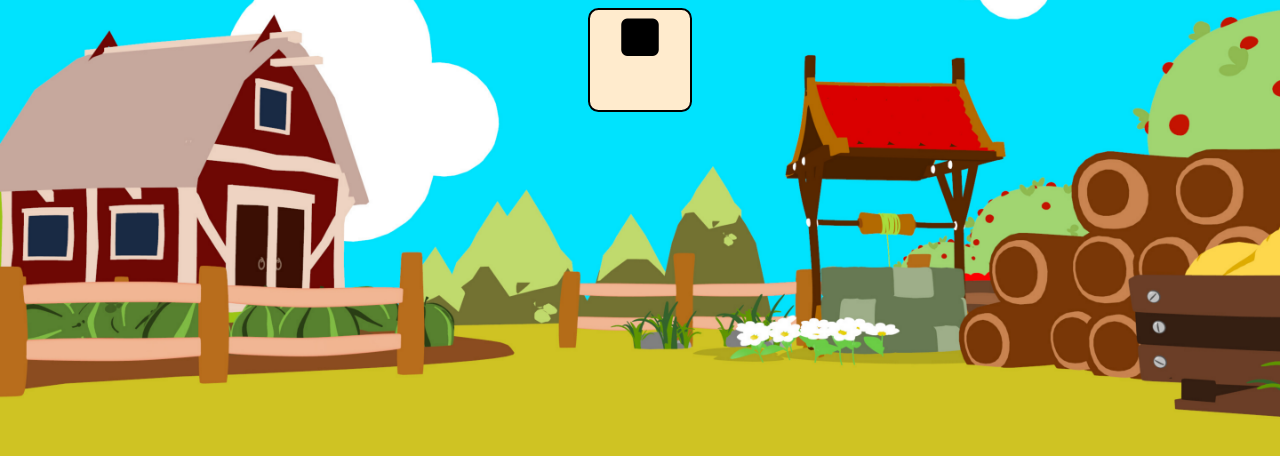
Repository: rumor1993/DreamCoding-Browser101
Page: Chapter07/index.html
An editor plug-in stored every save of this project. The page is shown before and after the next save, followed by the edit.
The browser window is 1280 px wide. The pictures show the whole page.
Some web libraries are served in a nearby version.

Above is the page before, as saved 2021-01-01 13:37:54.

After the next save:
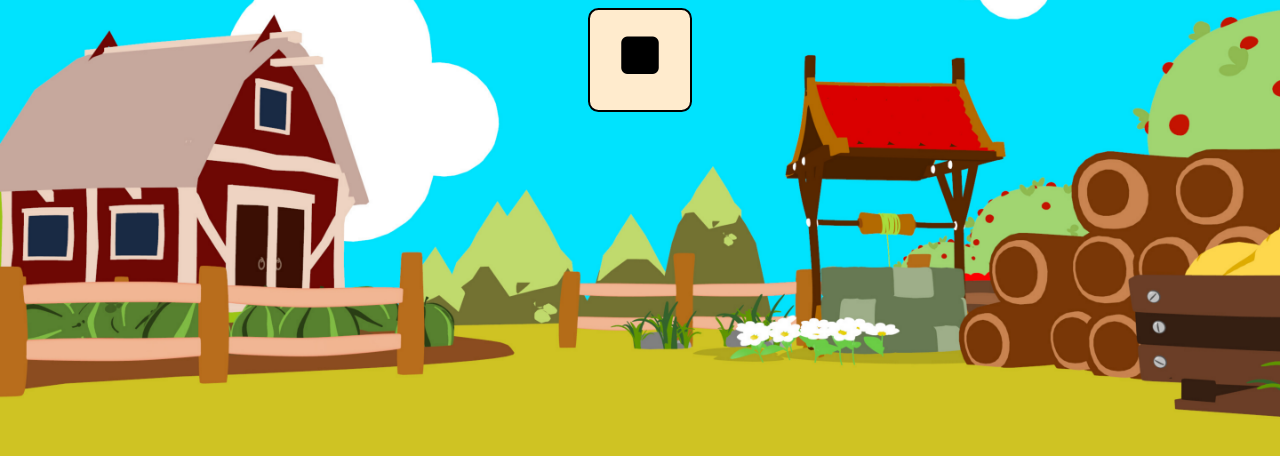
Saved 7 s later.
--- a/Chapter07/index.html
+++ b/Chapter07/index.html
@@ -24,7 +24,7 @@
       }
 
       .stop i {
-        top: 20%;
+        margin-top: 20%;
       }
 
       .timer {
